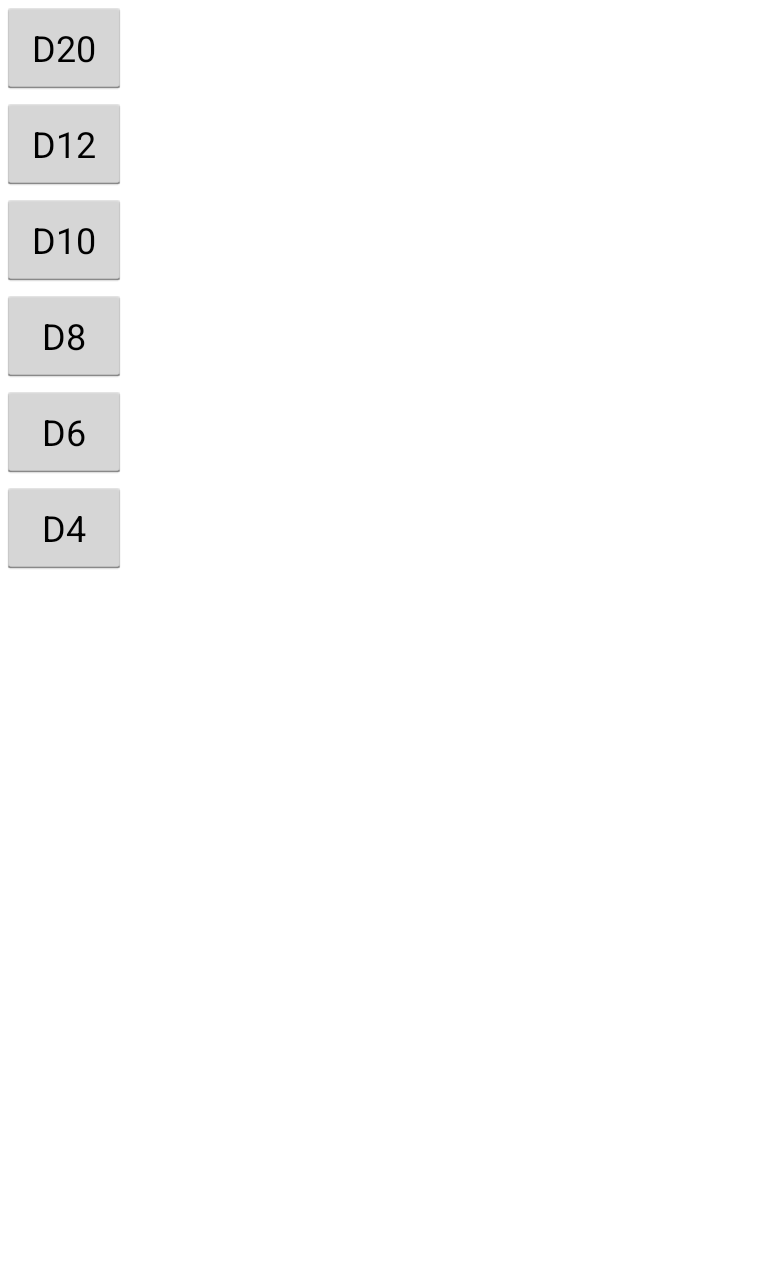
Repository: Bjodol/Roller
Layout: Roller/res/layout/dice_chooser.xml
An editor plug-in stored every save of this project. The layout is shown before and after the next save, followed by the edit.
It is drawn on a 768 x 1280 px phone screen (xhdpi) without system bars, with theme AppTheme; the app's code is not run.

Above is the layout before, as saved 2013-08-29 10:30:12.

After the next save:
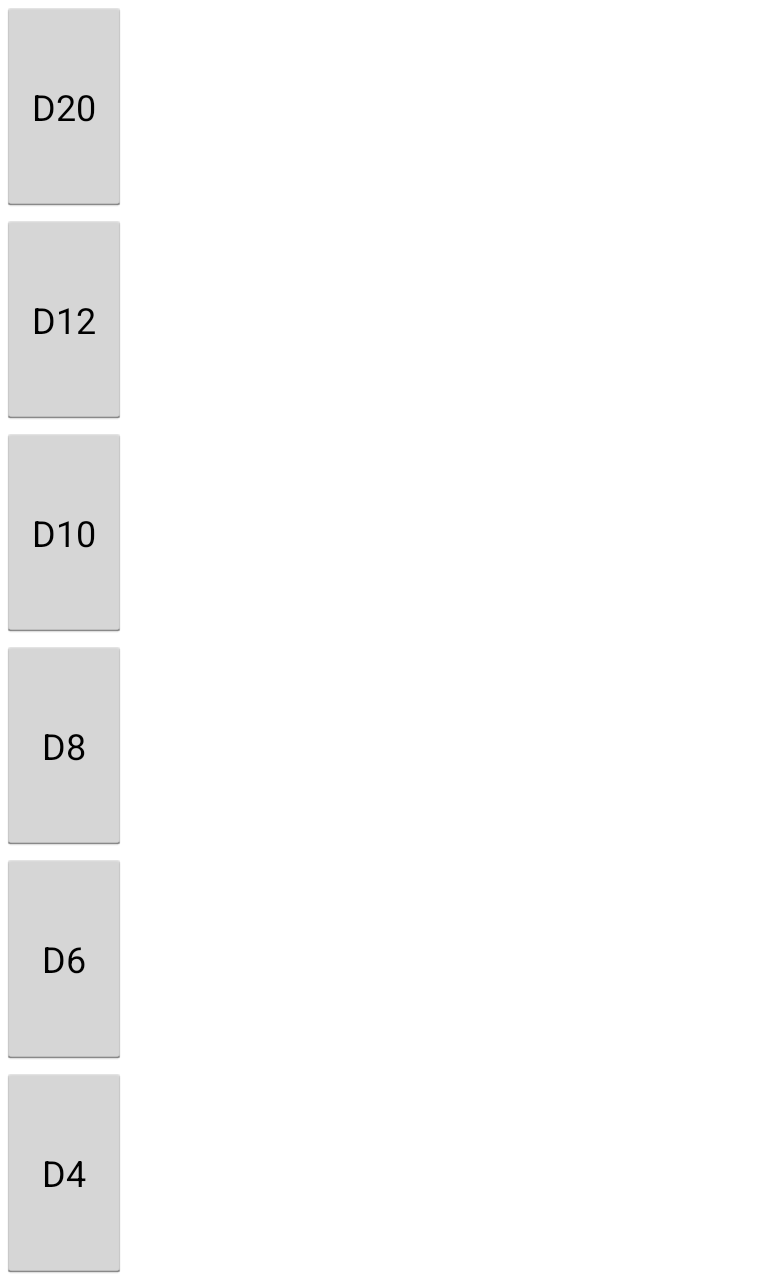
Saved 55 s later.
--- a/Roller/res/layout/dice_chooser.xml
+++ b/Roller/res/layout/dice_chooser.xml
@@ -5,33 +5,39 @@
     android:orientation="vertical" >
 
     <Button
-	    android:layout_width="wrap_content"
-	    android:layout_height="wrap_content"
-	    android:text="@string/d20" />
+        android:layout_width="wrap_content"
+        android:layout_height="0dp"
+        android:layout_weight="1"
+        android:text="@string/d20" />
 
     <Button
         android:layout_width="wrap_content"
-        android:layout_height="wrap_content"
+        android:layout_height="0dp"
+        android:layout_weight="1"
         android:text="@string/d12" />
 
     <Button
         android:layout_width="wrap_content"
-        android:layout_height="wrap_content"
+        android:layout_height="0dp"
+        android:layout_weight="1"
         android:text="@string/d10" />
 
     <Button
         android:layout_width="wrap_content"
-        android:layout_height="wrap_content"
+        android:layout_height="0dp"
+        android:layout_weight="1"
         android:text="@string/d8" />
 
     <Button
         android:layout_width="wrap_content"
-        android:layout_height="wrap_content"
+        android:layout_height="0dp"
+        android:layout_weight="1"
         android:text="@string/d6" />
 
     <Button
         android:layout_width="wrap_content"
-        android:layout_height="wrap_content"
+        android:layout_height="0dp"
+        android:layout_weight="1"
         android:text="@string/d4" />
 
 </LinearLayout>
